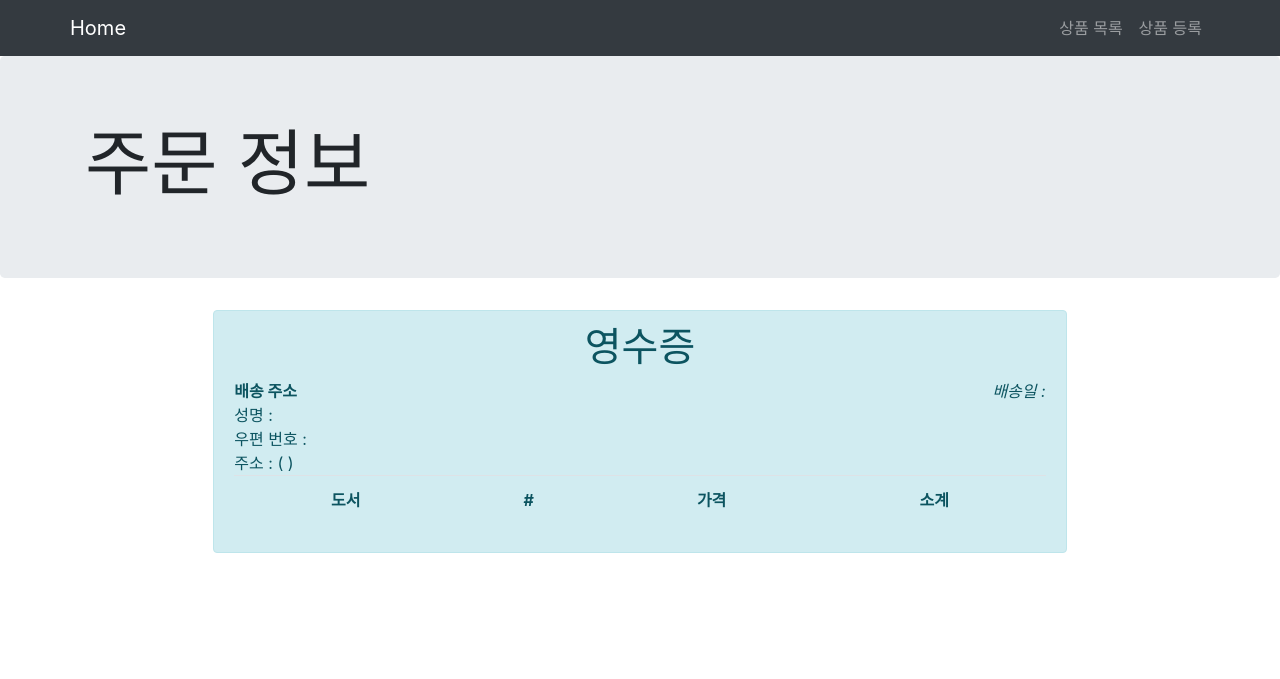
Repository: lhj257/jspwrokspace
Page: http://localhost/WebMarket/orderConfirmation.jsp
An editor plug-in stored every save of this project. The page is shown before and after the next save, followed by the edit.
The browser window is 1280 px wide. The pictures show the whole page.
The page is served by Tomcat 9. Other server files are loaded and not shown.

Above is the page before, as saved 2023-08-31 02:18:34.

### WebMarket/src/main/webapp/orderConfirmation.jsp
<%@page import="dto.Product"%>
<%@page import="java.util.ArrayList"%>
<%@page import="java.net.URLDecoder"%>
<%@ page language="java" contentType="text/html; charset=UTF-8"
    pageEncoding="UTF-8"%>
<%
request.setCharacterEncoding("UTF-8");

String cartId=session.getId();

String shipping_cartId="";
String shipping_name="";
String shipping_shippingDate="";
String shipping_country="";
String shipping_zipCode="";
String shipping_addressName="";

Cookie[] cookies=request.getCookies();

if(cookies !=null){
	for(int i=0;i<cookies.length;i++){
		Cookie thisCookie=cookies[i];
		String n = thisCookie.getName();
		if(n.equals("Shippping_cartId"));
		shipping_cartId=URLDecoder.decode((thisCookie.getValue()),"utf-8");
		if(n.equals("Shippping_name"));
		shipping_name=URLDecoder.decode((thisCookie.getValue()),"utf-8");
		if(n.equals("Shippping_shippingDate"));
		shipping_shippingDate=URLDecoder.decode((thisCookie.getValue()),"utf-8");
		if(n.equals("Shippping_country"));
		shipping_country=URLDecoder.decode((thisCookie.getValue()),"utf-8");
		if(n.equals("Shippping_zipCode"));
		shipping_zipCode=URLDecoder.decode((thisCookie.getValue()),"utf-8");
		if(n.equals("Shippping_addressName"));
		shipping_addressName=URLDecoder.decode((thisCookie.getValue()),"utf-8");
	}
}
%>
<!DOCTYPE html>
<html>
<head>
<link rel="stylesheet"
	href="https://cdn.jsdelivr.net/npm/bootstrap@4.0.0/dist/css/bootstrap.min.css"
	integrity="sha384-Gn5384xqQ1aoWXA+058RXPxPg6fy4IWvTNh0E263XmFcJlSAwiGgFAW/dAiS6JXm"
	crossorigin="anonymous">
<meta charset="UTF-8">
<title>주문 정보</title>
</head>
<body>
<jsp:include page="menu.jsp" />
<div class="jumbotron">
		<div class="container">
			<h1 class="display-3">주문 정보</h1>
		</div>
	</div>
	<div class="container col-8 alert alert-info">
		<div class="text-center">
			<h1>영수증</h1>
		</div>
		<div class="row justify-content-between">
			<div class="col-4" align="left">
				<strong>배송 주소</strong><br> 성명 : <%out.println(shipping_name); %><br>
				우편 번호 :<%out.println(shipping_zipCode); %><br>
				주소 :<%out.println(shipping_addressName); %>(<% out.println(shipping_country);%>)<br>
			</div>
			<div class="col-4" align="right">
				<p> <em>배송일 : <%out.println(shipping_shippingDate); %></em>
			</div>
		</div>
		<div>
			<table class="table table-hover">
				<tr>
					<th class="text-center">도서</th>
					<th class="text-center">#</th>
					<th class="text-center">가격</th>
					<th class="text-center">소계</th>
				</tr>
				<%
					int sum=0;
				ArrayList<Product> cartList=(ArrayList<Product>)session.getAttribute("cartlist");
				if(cartList==null)
					cartList=new ArrayList<Product>();
				for(int i=0;i<cartList.size();i++){
					Product product =cartList.get(i);
					int total=product.getUnitPrice() * product.getQuantity();
					sum=sum+total;
				%>
				<tr>
					<td class="text-center"><em><%=product.getPname() %></em></td>
					<td class="text-center"><%=product.getQuantity() %></td>
					<td class="text-center"><%=product.getUnitPrice() %></td>
					<td class="text-center"><%=total %>원</td>
				</tr>
				<%
				}
				%>
			</table>
		</div>
	</div>
</body>
</html>

### WebMarket/src/main/webapp/menu.jsp
<%@ page language="java" contentType="text/html; charset=UTF-8"
	pageEncoding="UTF-8"%>
<nav class="navbar navbar-expand navbar-dark bg-dark">
	<div class="container">
		<div class="navbar-header">
			<a class="navbar-brand" href="./welcome.jsp">Home</a>
		</div>
		<div>
			<ul class="navbar-nav mr-auto">
				<li class="nav-item"><a class="nav-link" href="./products.jsp">상품 목록</a></li>
				<li class="nav-item"><a class="nav-link" href="./addProduct.jsp">상품 등록</a></li>
			</ul>
		</div>

	</div>
</nav>

After the next save:
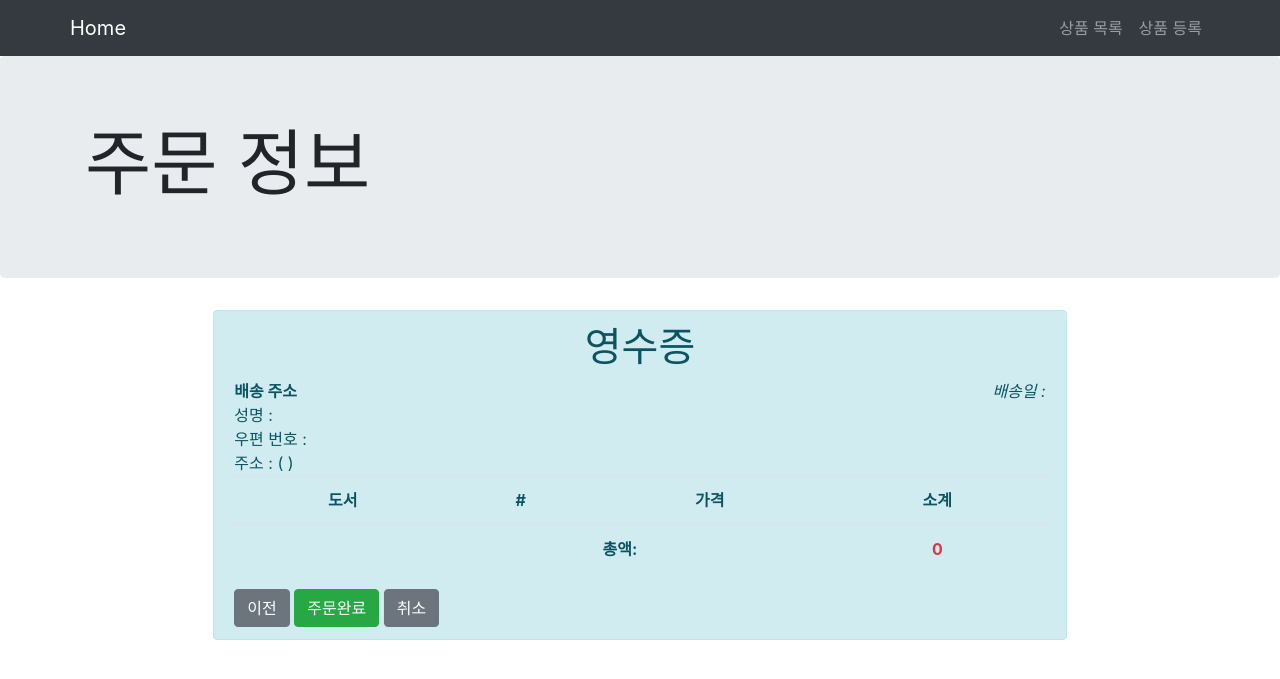
Saved 4 min 5 s later.
--- a/WebMarket/src/main/webapp/orderConfirmation.jsp
+++ b/WebMarket/src/main/webapp/orderConfirmation.jsp
@@ -94,7 +94,17 @@
 				<%
 				}
 				%>
+				<tr>
+					<td></td>
+					<td></td>
+					<td class="text-rigt"><strong>총액: </strong></td>
+					<td class="text-center text-danger"><strong><%=sum %></strong></td>
+				</tr>
 			</table>
+
+			<a href="./shippingInfo.jsp?cartId=<%=shipping_cartId %>" class="btn btn-secondary" role="button">이전</a>
+			<a href="./thankCustomer.jsp" class="btn btn-success" role="button">주문완료</a>
+			<a href="./checkOutcancelled.jsp" class="btn btn-secondary" role="button">취소</a>
 		</div>
 	</div>
 </body>
